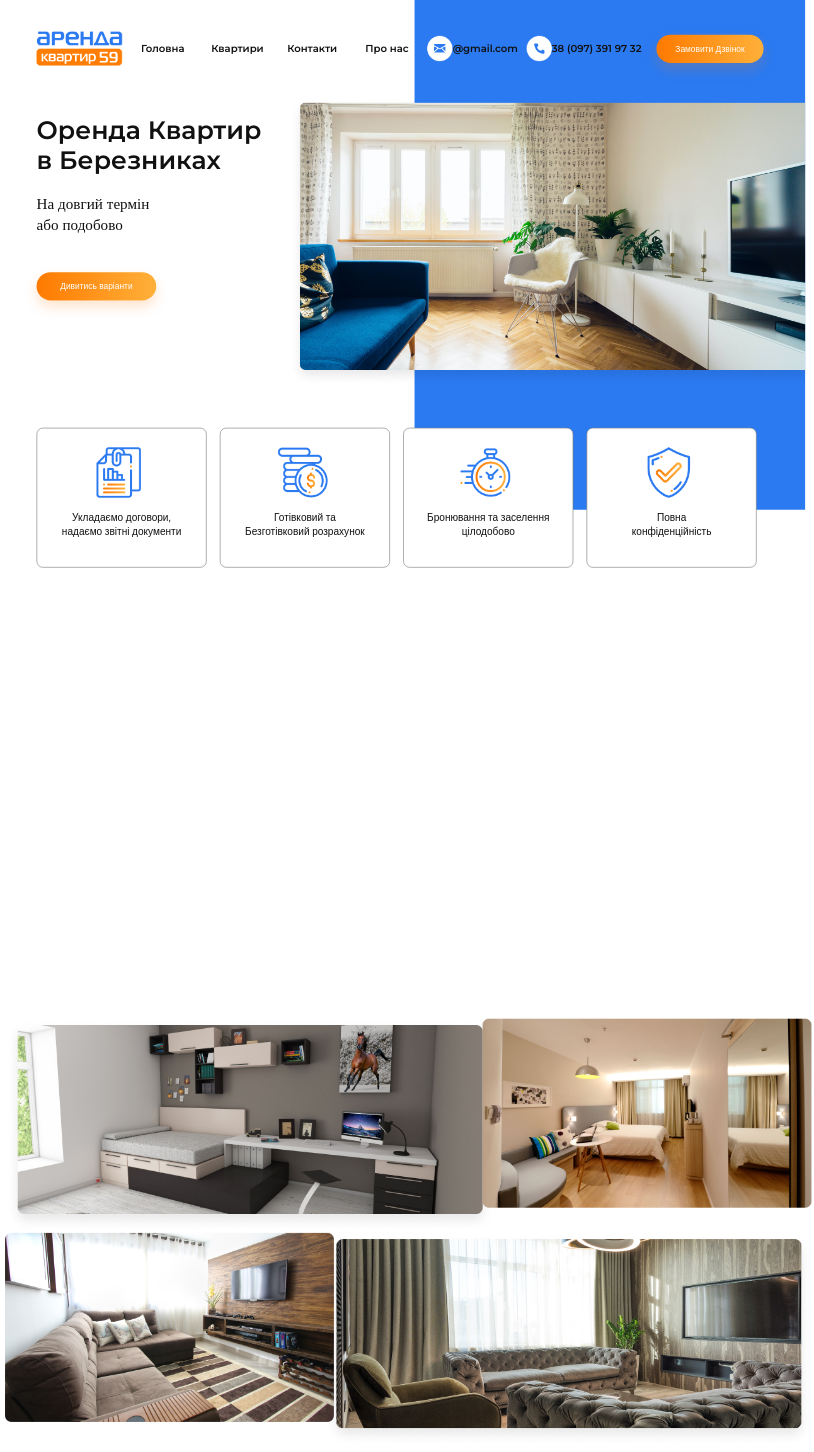
Repository: batonAnton/HW-7-grid
Page: index.html
The author's editor kept a copy of each file at every save. The page is drawn from the files as they stood at one save, then again after the next save.
The browser window is 1280 px wide. The page is 1292 px wide, then 1280 px, so the pictures cover 1292 px, including what lies to the right of the window. The pictures show the whole page, at 63% of full size.

Above is the page before, as saved 2022-06-25 19:23:06.

After the next save:
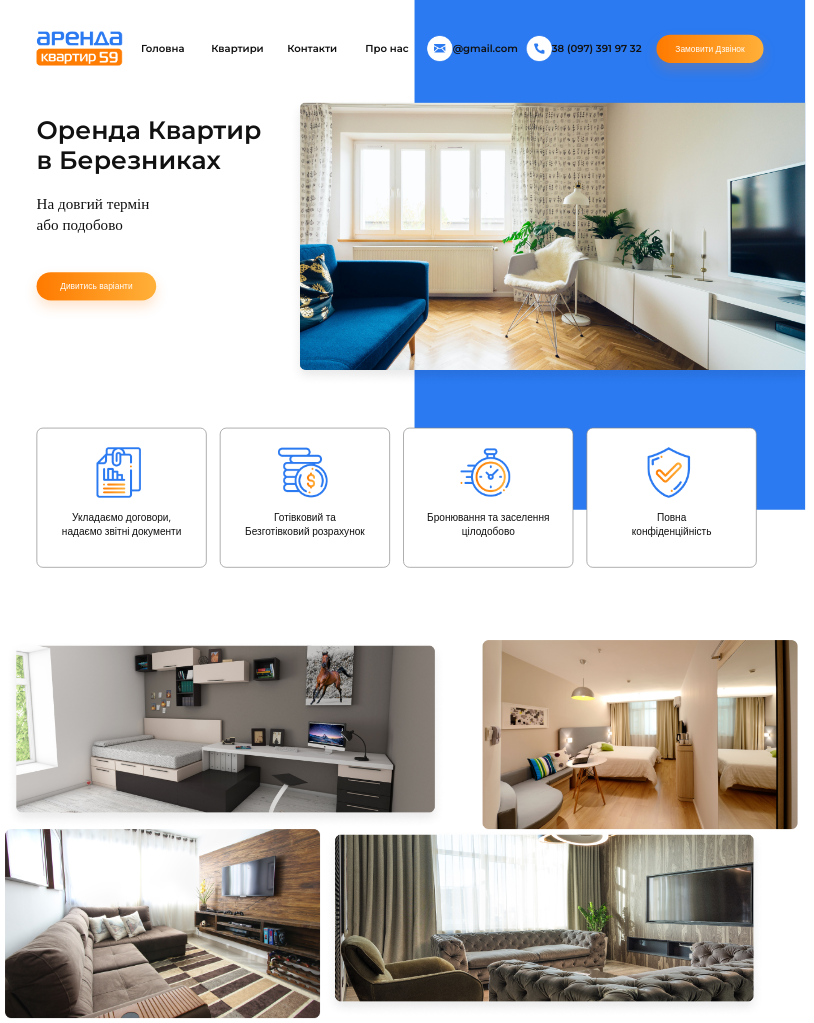
Saved 8 min 10 s later.
--- a/css/styles2.css
+++ b/css/styles2.css
@@ -120,11 +120,7 @@ header {
   border: none;
 }
 
-.wrapper3 {
-  display: grid;
-  grid-template-columns: repeat(5, 1fr);
-  grid-template-rows: repeat(5, 1fr);
-}
+
 
 .blueblock {
   grid-column: 4/6;
@@ -141,7 +137,6 @@ header {
 .wrapper3 {
   display: grid;
   grid-template-columns: repeat(4, 1fr);
-  grid-template-rows: repeat(4, 1fr);
   margin-top: -180px;
   z-index: 1;
 }
@@ -199,24 +194,33 @@ header {
   display: grid;
   grid-template-columns: repeat(5, 1fr);
   grid-template-rows: repeat(4, 1fr);
+  margin-top: 115px;
 }
 
 .img1-1 {
   grid-column: 1/4;
   grid-row: 1/3;
+  width: 700px;
+  height: 300px;
 }
 
 .img1-2 {
   grid-column: 4/6;
   grid-row: 1/3;
+  width: 500px;
+  height: 300px;
 }
 
 .img2-1 {
   grid-column: 1/3;
   grid-row: 3/5;
+  width:500px;
+  height: 300px
 }
 
 .img2-2 {
   grid-column: 3/6;
   grid-row: 3/5;
-}
+  width: 700px;
+  height: 300px;
+}
